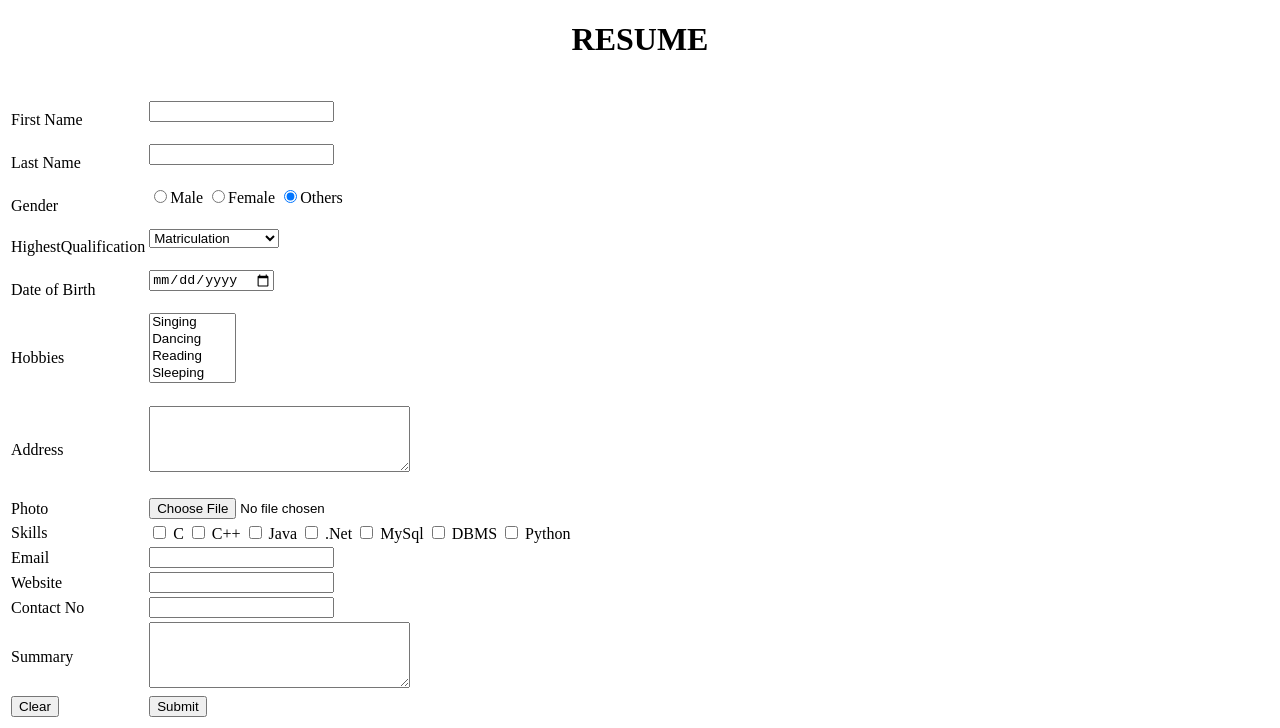
Repository: Rccalfa123/JEE
Page: MyFirstServlet/WebContent/Resume.html
These files come from the project's save history. The page is drawn as it stood at one moment and after the next save; the edit follows.
The browser window is 1280 px wide. The pictures show the whole page.

Above is the page before, as saved 2018-08-07 08:57:31.

After the next save:
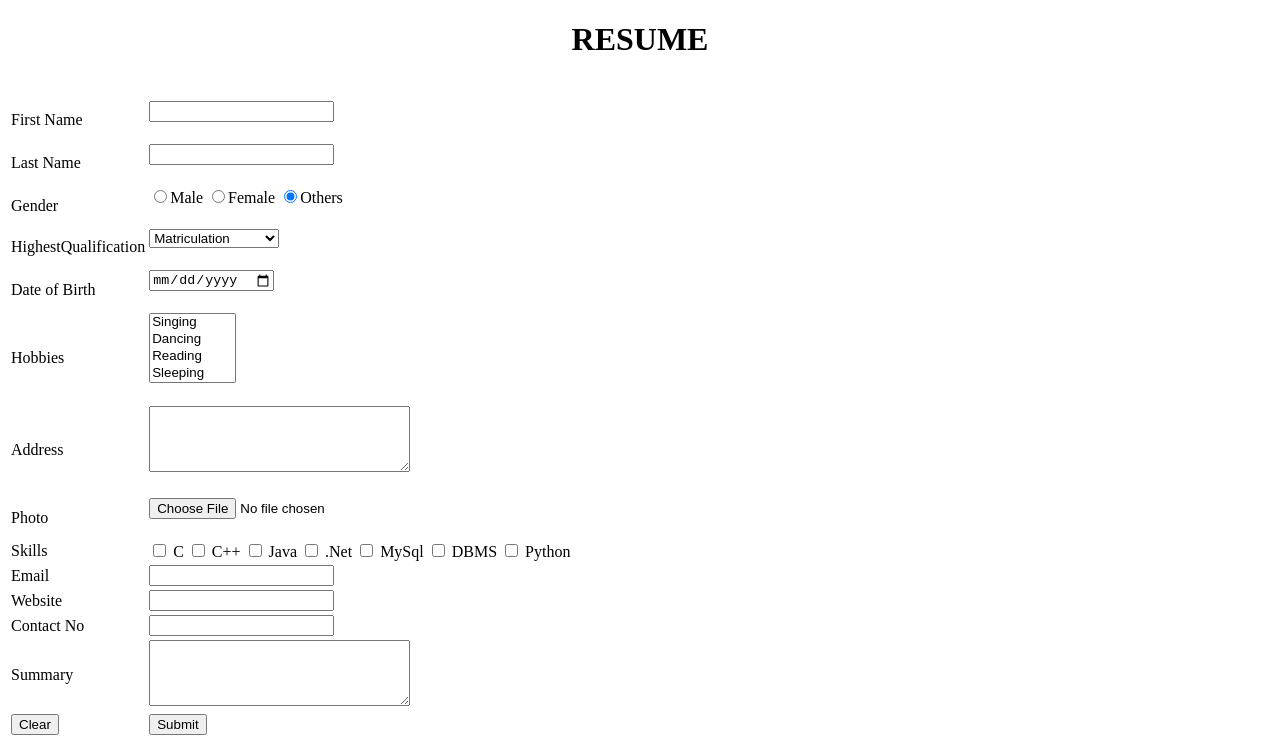
Saved 6 s later.
--- a/MyFirstServlet/WebContent/Resume.html
+++ b/MyFirstServlet/WebContent/Resume.html
@@ -36,7 +36,7 @@
 
    <tr><td>Address</td><td> <textarea name="address"   rows="4" cols="30"></textarea><br><br></td></tr>
 
-   <tr><td>Photo</td><td><input type="file"  name="photo"><br></td></tr>
+   <tr><td>Photo</td><td><input type="file"  name="photo"><br><br></td></tr>
 
 
    <tr><td>Skills </td>   <td><input type="checkbox" name="skills" value="c"> C
